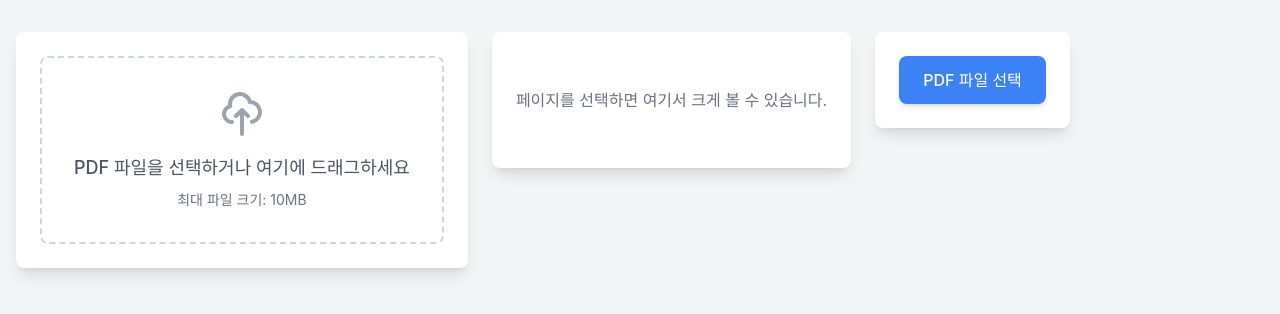
Repository: orcaCrew/PDF-Handler
Page: /
An editor plug-in stored every save of this project. The page is shown before and after the next save, followed by the edit.
The browser window is 1280 px wide. The pictures show the whole page.
The project was rebuilt for these pictures with package versions that can differ from the ones it lists, and the page was loaded fresh each time.

Above is the page before, as saved 2025-07-18 16:35:49.

### public/index.html
<!DOCTYPE html>
<html lang="ko">
  <head>
    <meta charset="utf-8" />
    <link rel="icon" href="%PUBLIC_URL%/favicon.ico" />
    <meta name="viewport" content="width=device-width, initial-scale=1" />
    <meta name="theme-color" content="#000000" />
    <meta
      name="description"
      content="PDF 파일 미리보기 애플리케이션"
    />
    <title>PDF 미리보기</title>
  </head>
  <body>
    <noscript>이 앱을 실행하려면 JavaScript를 활성화해야 합니다.</noscript>
    <div id="root"></div>
  </body>
</html>

### src/App.js
import React, { useState, useRef, useEffect } from 'react';
import { Document, Page, pdfjs } from 'react-pdf';
import 'react-pdf/dist/esm/Page/AnnotationLayer.css';
import 'react-pdf/dist/esm/Page/TextLayer.css';

pdfjs.GlobalWorkerOptions.workerSrc = `//cdnjs.cloudflare.com/ajax/libs/pdf.js/${pdfjs.version}/pdf.worker.min.js`;

function App() {
  const [file, setFile] = useState(null);
  const [numPages, setNumPages] = useState(null);
  const [pageNumber, setPageNumber] = useState(1);
  const [loading, setLoading] = useState(false);
  const [isDragOver, setIsDragOver] = useState(false);
  const [loadedPages, setLoadedPages] = useState(new Set());
  const [displayedPages, setDisplayedPages] = useState(3); // lazy 로드 시작 수
  const fileInputRef = useRef(null);
  const loaderRef = useRef(null); // 스크롤 lazy 트리거용

  // Intersection Observer로 lazy loading 구현
  useEffect(() => {
    if (!loaderRef.current) return;
    const observer = new IntersectionObserver(
      ([entry]) => {
        if (entry.isIntersecting && numPages && displayedPages < numPages) {
          setDisplayedPages(prev => Math.min(prev + 3, numPages));
        }
      },
      { threshold: 1 }
    );
    observer.observe(loaderRef.current);
    return () => observer.disconnect();
  }, [displayedPages, numPages]);

  const onFileChange = (event) => {
    const { files } = event.target;
    if (files && files[0]) {
      setFile(files[0]);
      setPageNumber(1);
      setLoadedPages(new Set());
      setDisplayedPages(3);
    }
    event.target.value = '';
  };

  const handleDragOver = (e) => {
    e.preventDefault();
    setIsDragOver(true);
  };

  const handleDragLeave = (e) => {
    e.preventDefault();
    setIsDragOver(false);
  };

  const handleDrop = (e) => {
    e.preventDefault();
    setIsDragOver(false);
    const droppedFiles = e.dataTransfer.files;
    if (droppedFiles && droppedFiles[0]) {
      const droppedFile = droppedFiles[0];
      if (droppedFile.type === 'application/pdf') {
        setFile(droppedFile);
        setPageNumber(1);
        setLoadedPages(new Set());
        setDisplayedPages(3);
      } else {
        alert('PDF 파일만 업로드 가능합니다.');
      }
    }
  };

  const onDocumentLoadSuccess = ({ numPages }) => {
    setNumPages(numPages);
    setLoading(false);
  };

  const onDocumentLoadError = (error) => {
    console.error('PDF 로드 오류:', error);
    setLoading(false);
  };

  const onPageLoadSuccess = (pageNumber) => {
    setLoadedPages(prev => {
      const newSet = new Set([...prev, pageNumber]);
      return newSet;
    });
  };

  return (
    <div className="min-h-screen bg-gray-100 py-8">
      <div className="w-full flex justify-center px-4">
        <div className="w-full max-w-7xl">
          <div className="flex flex-col lg:flex-row gap-6">
          {/* 미리보기 영역 */}
          <div className="lg:w-4/10">
            <div className="bg-white rounded-lg shadow-lg p-6">
              {file ? (
                <div className="space-y-6">
                  <div className="flex items-center justify-between">
                    <h2 className="text-xl font-semibold text-gray-800">
                      {file.name}
                    </h2>
                    <div className="text-gray-600">
                      총 {numPages || '...'} 페이지
                    </div>
                  </div>

                  <div className="space-y-4 max-h-[50rem] overflow-y-auto">
                    {loading && (
                      <div className="flex items-center justify-center p-8">
                        <div className="animate-spin rounded-full h-8 w-8 border-b-2 border-blue-500"></div>
                        <span className="ml-2 text-gray-600">PDF 로딩 중...</span>
                      </div>
                    )}

                    <Document
                      file={file}
                      onLoadSuccess={onDocumentLoadSuccess}
                      onLoadError={onDocumentLoadError}
                      onLoadStart={() => setLoading(true)}
                      loading={
                        <div className="flex items-center justify-center p-8">
                          <div className="animate-spin rounded-full h-8 w-8 border-b-2 border-blue-500"></div>
                          <span className="ml-2 text-gray-600">PDF 로딩 중...</span>
                        </div>
                      }
                    >
                      {numPages &&
                        Array.from(
                          new Array(Math.min(displayedPages, numPages)),
                          (el, index) => (
                            <div
                              key={`page_${index + 1}`}
                              className={`border-2 rounded-lg p-4 bg-white hover:shadow-md transition-shadow cursor-pointer ${
                                pageNumber === index + 1
                                  ? 'border-blue-500 bg-blue-50'
                                  : 'border-gray-200'
                              }`}
                              onClick={() => setPageNumber(index + 1)}
                            >
                              <div className="flex items-center space-x-4">
                                <div className="flex-shrink-0">
                                  <Page
                                    pageNumber={index + 1}
                                    width={120}
                                    renderTextLayer={false}
                                    renderAnnotationLayer={false}
                                    onLoadSuccess={() => onPageLoadSuccess(index + 1)}
                                    loading={
                                      <div className="w-30 h-40 bg-gray-200 rounded flex items-center justify-center">
                                        <div className="animate-spin rounded-full h-6 w-6 border-b-2 border-blue-500"></div>
                                      </div>
                                    }
                                  />
                                </div>
                                <div className="flex-1">
                                  <h3 className="text-lg font-semibold text-gray-800">
                                    {index + 1} 페이지
                                  </h3>
                                </div>
                              </div>
                            </div>
                          )
                        )}
                    </Document>

                    {/* lazy-load 트리거 */}
                    <div ref={loaderRef} className="h-12" />
                  </div>
                </div>
              ) : (
                <div
                  className={`border-2 border-dashed rounded-lg p-8 text-center transition-colors h-full flex items-center justify-center ${
                    isDragOver
                      ? 'border-blue-500 bg-blue-50'
                      : 'border-gray-300 hover:border-blue-400'
                  }`}
                  onDragOver={handleDragOver}
                  onDragLeave={handleDragLeave}
                  onDrop={handleDrop}
                >
                  <label
                    htmlFor="file-upload"
                    className="cursor-pointer flex flex-col items-center"
                  >
                    <svg
                      className="w-12 h-12 text-gray-400 mb-4"
                      fill="none"
                      stroke="currentColor"
                      viewBox="0 0 24 24"
                    >
                      <path
                        strokeLinecap="round"
                        strokeLinejoin="round"
                        strokeWidth={2}
                        d="M7 16a4 4 0 01-.88-7.903A5 5 0 1115.9 6L16 6a5 5 0 011 9.9M15 13l-3-3m0 0l-3 3m3-3v12"
                      />
                    </svg>
                    <span className="text-lg font-medium text-gray-600">
                      PDF 파일을 선택하거나 여기에 드래그하세요
                    </span>
                    <span className="text-sm text-gray-500 mt-2">
                      최대 파일 크기: 10MB
                    </span>
                  </label>
                </div>
              )}
            </div>
          </div>

          {/* 선택된 페이지 크게 보기 영역 */}
          <div className="lg:w-4/10">
            <div className="bg-white rounded-lg shadow-lg p-6">
              {file && pageNumber ? (
                <div className="space-y-4">
                  <div className="flex items-center justify-between">
                    <h3 className="text-lg font-semibold text-gray-800">
                      선택된 페이지
                    </h3>
                    <span className="text-sm text-gray-600">
                      {pageNumber} / {numPages}
                    </span>
                  </div>

                  <div className="flex justify-center">
                    <div className="border border-gray-300 rounded-lg shadow-lg bg-white">
                      <Document
                        file={file}
                        onLoadSuccess={onDocumentLoadSuccess}
                        onLoadError={onDocumentLoadError}
                        onLoadStart={() => setLoading(true)}
                        loading={
                          <div className="flex items-center justify-center p-8">
                            <div className="animate-spin rounded-full h-8 w-8 border-b-2 border-blue-500"></div>
                            <span className="ml-2 text-gray-600">PDF 로딩 중...</span>
                          </div>
                        }
                      >
                        <Page
                          pageNumber={pageNumber}
                          width={Math.min(window.innerWidth * 0.4 - 100, 400)}
                          renderTextLayer={false}
                          renderAnnotationLayer={false}
                        />
                      </Document>
                    </div>
                  </div>
                </div>
              ) : (
                <div className="text-center text-gray-500 py-8">
                  <p>페이지를 선택하면 여기서 크게 볼 수 있습니다.</p>
                </div>
              )}
            </div>
          </div>

          {/* 선택 버튼 영역 */}
          <div className="lg:w-2/10">
            <div className="bg-white rounded-lg shadow-lg p-6">
              <div className="flex justify-center">
                <button
                  onClick={() => {
                    fileInputRef.current?.click();
                  }}
                  className="px-6 py-3 bg-blue-500 text-white rounded-lg hover:bg-blue-600 transition-colors font-medium shadow-md"
                >
                  {file ? 'PDF 파일 변경' : 'PDF 파일 선택'}
                </button>
              </div>
              <input
                ref={fileInputRef}
                type="file"
                accept=".pdf"
                onChange={onFileChange}
                className="hidden"
                id="file-upload"
              />
            </div>
          </div>
        </div>
        </div>
      </div>
    </div>
  );
}

export default App;

Loaded but not shown: src/index.js (common file); src/index.css (common file); tailwind.config.js (common file)

After the next save:
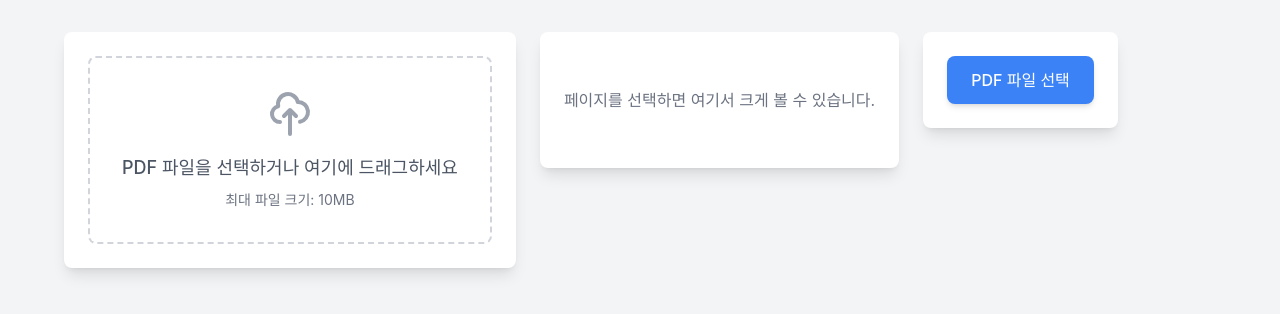
Saved 5 s later.
--- a/src/App.js
+++ b/src/App.js
@@ -89,7 +89,7 @@ function App() {
   return (
     <div className="min-h-screen bg-gray-100 py-8">
       <div className="w-full flex justify-center px-4">
-        <div className="w-full max-w-7xl">
+        <div className="w-full max-w-6xl">
           <div className="flex flex-col lg:flex-row gap-6">
           {/* 미리보기 영역 */}
           <div className="lg:w-4/10">
